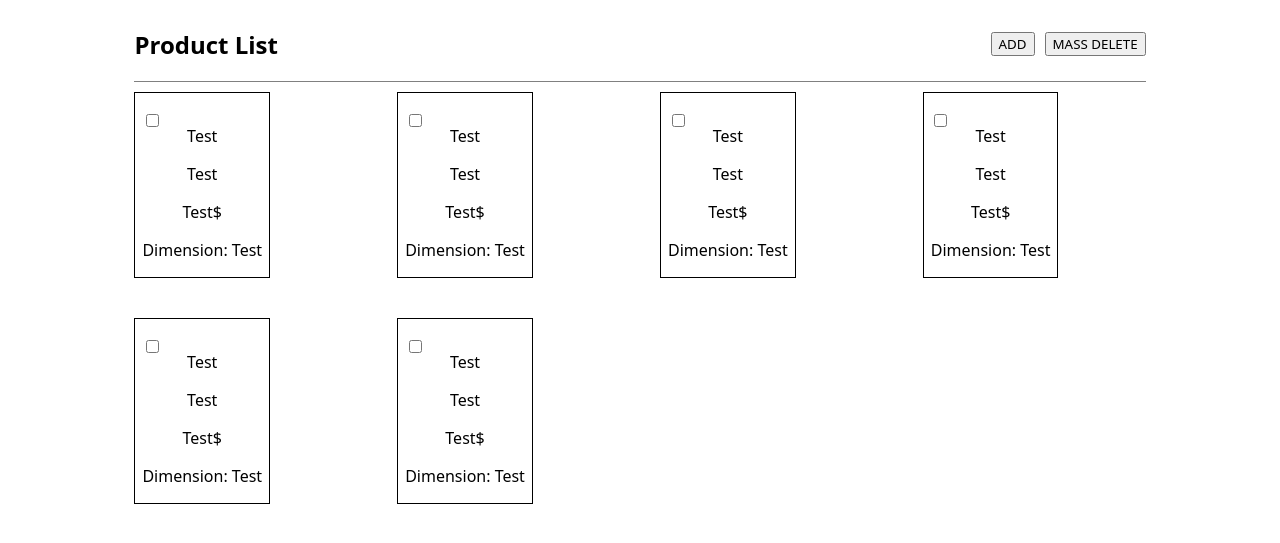
Repository: gabyto19/scandiweb
Page: http://localhost/
These files come from the project's save history. The page is drawn as it stood at one moment and after the next save; the edit follows.
The browser window is 1280 px wide. The pictures show the whole page.
The page is run by PHP 8.4 with error messages shown; the project is at /var/www/html/.

Above is the page before, as saved 2023-03-07 18:37:05.

### index.php
<!DOCTYPE html>
<html lang="en">

<head>
  <meta charset="UTF-8" />
  <meta name="viewport" content="width=device-width, initial-scale=1.0" />
  <title>Vue Basics</title>
  <link href="https://fonts.googleapis.com/css2?family=Jost:wght@400;700&display=swap" rel="stylesheet" />
  <link rel="stylesheet" href="styles.css" />
  <script src="https://unpkg.com/vue@next" defer></script>
  <script src="https://unpkg.com/vue@3/dist/vue.global.js"></script>
</head>

<body>
  <section id="app">
    <nav>
      <h2>Product List</h2>
      <div class="rightButtons">
        <button><a style="text-decoration: none; color: black" href="addPage.php">ADD</a>
        </button>
        <button class="delete-checkbox" id="delete-product-btn">MASS DELETE</button>
      </div>
    </nav>


    <div class="grid-container">
      <div>
        <input type="checkbox" id="delete-checkbox" class="delete-checkbox" />
        <p>Test</p>
        <p>Test</p>
        <p>Test$</p>
        <p>Dimension: Test</p>
      </div>
      <div>
        <input type="checkbox" id="delete-checkbox" class="delete-checkbox" />
        <p>Test</p>
        <p>Test</p>
        <p>Test$</p>
        <p>Dimension: Test</p>
      </div>
      <div>
        <input type="checkbox" id="delete-checkbox" class="delete-checkbox" />
        <p>Test</p>
        <p>Test</p>
        <p>Test$</p>
        <p>Dimension: Test</p>
      </div>
      <div>
        <input type="checkbox" id="delete-checkbox" class="delete-checkbox" />
        <p>Test</p>
        <p>Test</p>
        <p>Test$</p>
        <p>Dimension: Test</p>
      </div>
      <div>
        <input type="checkbox" id="delete-checkbox" class="delete-checkbox" />
        <p>Test</p>
        <p>Test</p>
        <p>Test$</p>
        <p>Dimension: Test</p>
      </div>
      <div>
        <input type="checkbox" id="delete-checkbox" class="delete-checkbox" />
        <p>Test</p>
        <p>Test</p>
        <p>Test$</p>
        <p>Dimension: Test</p>
      </div>
    </div>
  </section>

  <script src="https://unpkg.com/vue@3/dist/vue.global.js"></script>
  <script src="index.js"></script>

</body>

</html>
<style scoped>
  .rightButtons button:first-child {
    margin-right: 10px;
  }

  .grid-container {
    display: grid;
    grid-template-columns: auto auto auto auto;
    gap: 40px;
    padding: 10px;
    width: 80%;
    margin: auto;
  }

  .grid-container>div {
    text-align: center;
    border: solid 1px;
    width: 60%;
  }
  .grid-container input{
    display: block;
    position: relative;
    left: 5%;
    top: 10%;
  }
</style>

### styles.css
nav {
    width: 80%;
    display: flex;
    justify-content: space-between;
    align-items: center;
    margin: auto;
    border-bottom: solid 1px gray;
  }

  * {
    font-family: system-ui;
  }

### index.js
Vue.createApp({
  data() {
    return {
      sku:"",
      name:"",
      price:"",
      dimension:"",
    };
  },
}).mount("#app");

After the next save:
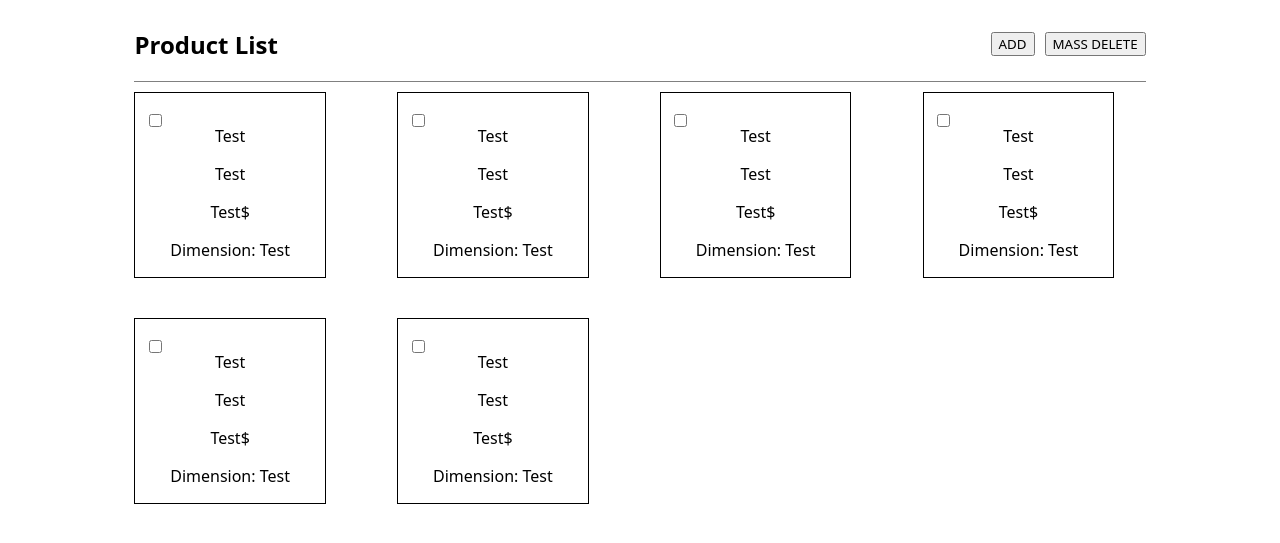
Saved 29 s later.
--- a/index.php
+++ b/index.php
@@ -92,7 +92,7 @@
   .grid-container>div {
     text-align: center;
     border: solid 1px;
-    width: 60%;
+    width: 85%;
   }
   .grid-container input{
     display: block;
